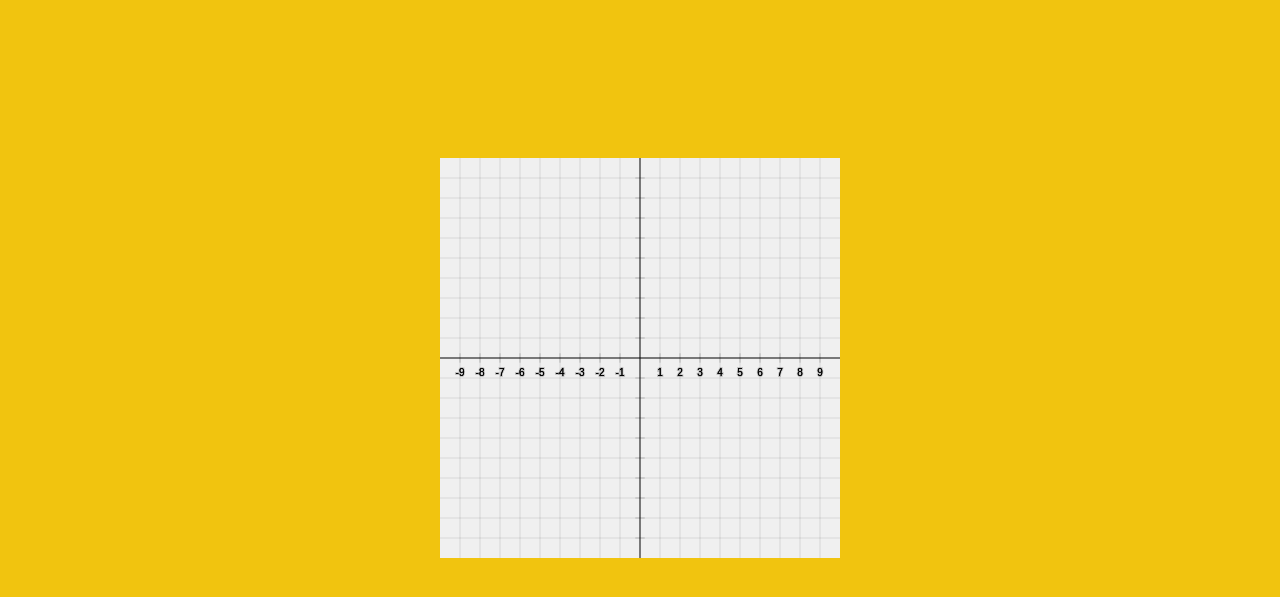
Repository: animarcus/graphing-app
Page: index.html
An editor plug-in stored every save of this project. The page is shown before and after the next save, followed by the edit.
The browser window is 1280 px wide. The pictures show the whole page.
Some web libraries are served in a nearby version.

Above is the page before, as saved 2020-09-26 19:53:56.

### index.html
<!DOCTYPE html>
<html lang="en">
<head>
  <link rel="apple-touch-icon"sizes="180x180"href="/icons/apple-touch-icon.png">
  <link rel="icon"type="image/png"sizes="32x32"href="/icons/favicon-32x32.png">
  <link rel="icon"type="image/png"sizes="16x16"href="/icons/favicon-16x16.png">
  <link rel="manifest"href="/icons/site.webmanifest">

  <link rel="stylesheet" href="css/style.css">
  <meta charset="UTF-8">
  <meta name="viewport" content="width=device-width, initial-scale=1.0, maximum-scale=1.0, user-scalable=0">
  <title>PLACEHOLDER</title>

  <script type="text/javascript" src="https://cdn.jsdelivr.net/npm/p5@1.1.4/lib/p5.min.js"></script>
  <script src="js/sketch.js"></script>
</head>
<body>
  <div id="canvas1"></div>
</body>
</html>

### css/style.css
* {
  cursor: default;
  /* -webkit-touch-callout: none;
  -webkit-user-select: none;
  -khtml-user-select: none;
  -moz-user-select: none;
  -ms-user-select: none;
  user-select: none; */
}
body {
  background: #f1c40f;
  height: 100%;
  overflow-y: hidden;
  overflow-x: hidden;
  /* border-radius: 50%; */
}

#canvas1 {
  position: absolute;
  top:50%;
  left:50%;
  transform: translate(-50%,-50%);
}

### js/sketch.js

let canvasW = 400;
let canvasH = 400;
let cellW = 20;

function setup() {
  let canvas = createCanvas(canvasW,canvasH);
  canvas.parent("canvas1");

  background(240);
  translate(canvasW/2, canvasH/2);

  stroke('rgba(0%, 0%, 0%, 1)');
  line(-canvasW/2, 0, canvasW/2, 0);
  line(0, -canvasH/2, 0, canvasH/2);

  stroke('rgba(0%, 0%, 0%, 0.1)');
  textAlign(CENTER, BOTTOM);
  textSize(cellW/2);
  for (let x = -canvasW/2; x < canvasW/2; x += cellW) {
    if (x === -canvasW/2 || x === canvasW/2 || x === 0) {
      continue;
    }
    let currentX = round(x/cellW);
    strokeWeight(1);
    line(x, -canvasH/2, x, canvasH/2);
    strokeWeight(2);
    line(x, -cellW/5, x, cellW/5);
    text(currentX, x, cellW);
  }
  for (let y = -canvasH/2; y < canvasH/2; y += cellW) {
    if (y === -canvasH/2 || y === canvasH/2 || y === 0) {
      continue;
    }
    let currentY = round(y/cellW);
    strokeWeight(1);
    line(-canvasW/2, y, canvasW/2, y);
    strokeWeight(2);
    line(-cellW/5, y, cellW/5, y);
    text(currentY, y, cellW);
  }
}


function draw() {
  fill(color("green"));
  drawHandlers.drawGrid();
}


let drawHandlers = {
  drawGrid : function() {

  }
};

After the next save:
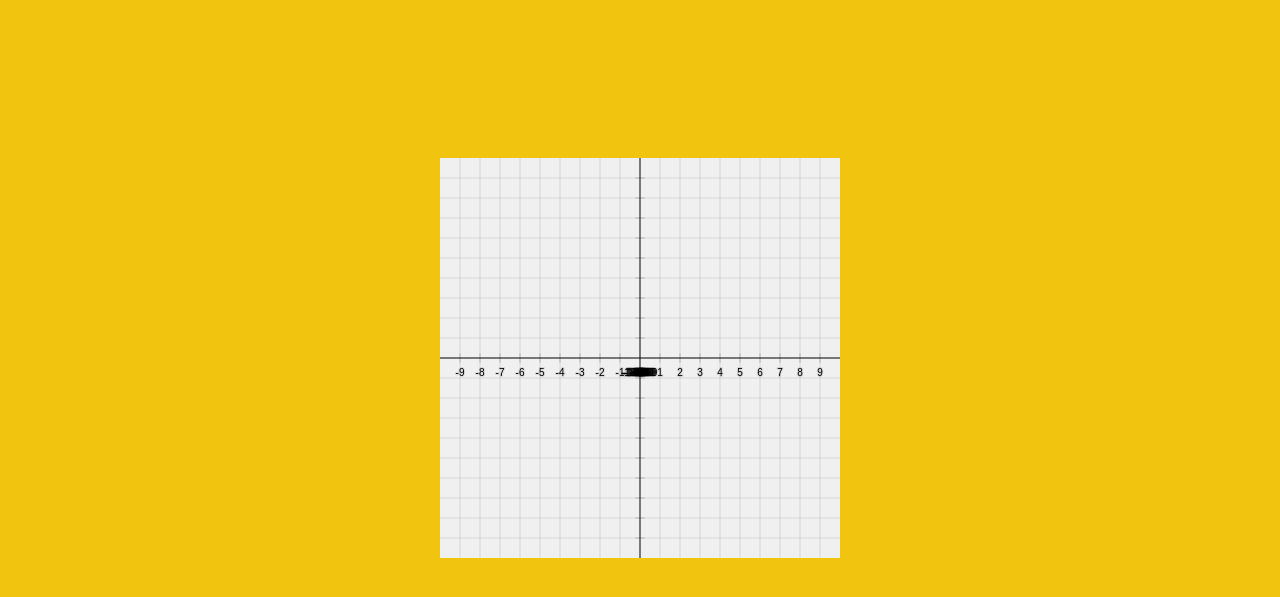
Saved 25 s later.
--- a/js/sketch.js
+++ b/js/sketch.js
@@ -37,7 +37,7 @@ function setup() {
     line(-canvasW/2, y, canvasW/2, y);
     strokeWeight(2);
     line(-cellW/5, y, cellW/5, y);
-    text(currentY, y, cellW);
+    text(y, currentY, cellW);
   }
 }
 
